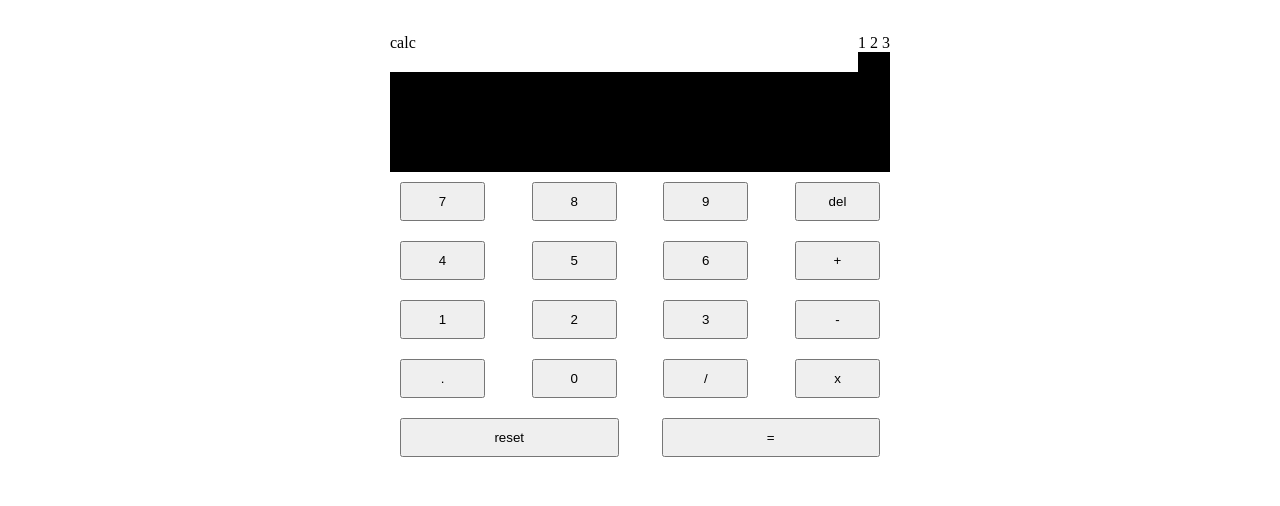
Repository: Eugene44-hub/basic-calculator
Page: index.html
An editor plug-in stored every save of this project. The page is shown before and after the next save, followed by the edit.
The browser window is 1280 px wide. The pictures show the whole page.

Above is the page before, as saved 2021-10-01 14:23:59.
Console error: SyntaxError: Unexpected end of input

After the next save:
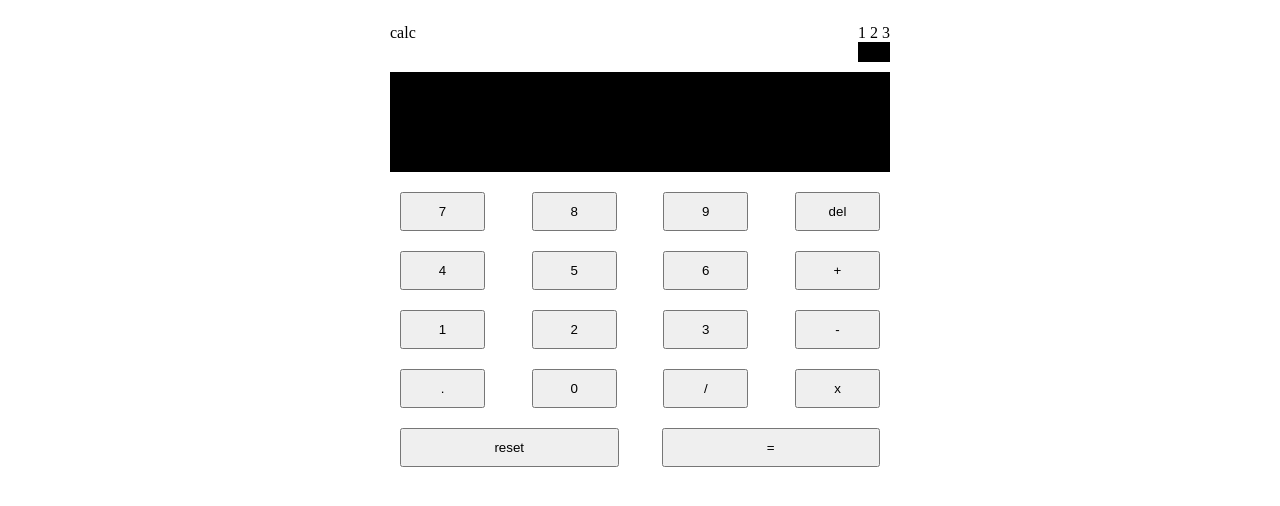
Saved 7 s later.
--- a/style.css
+++ b/style.css
@@ -47,5 +47,5 @@ button {
 .output {
     height: 100px;
     background-color: black;
-    margin:
+    margin: 10px 0
 }
